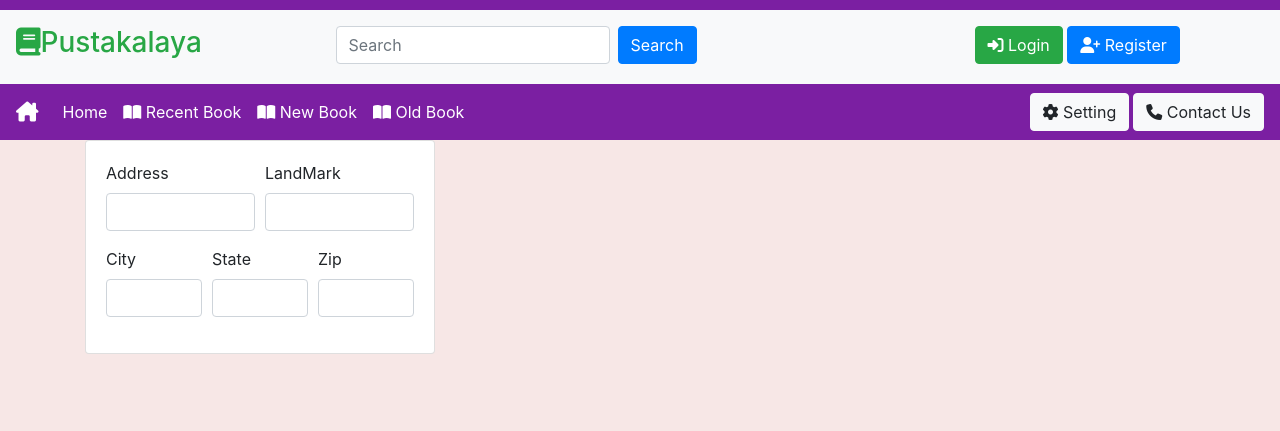
Repository: kalaprabhakar/Pustakalay_Web_Application
Page: http://localhost/E_Book_Management/user_address.jsp
An editor plug-in stored every save of this project. The page is shown before and after the next save, followed by the edit.
The browser window is 1280 px wide. The pictures show the whole page.
Some web libraries are served in a nearby version. The page is served by Tomcat 10. Other server files are loaded and not shown.

Above is the page before, as saved 2024-02-28 14:52:09.

### E_Book_Management/src/main/webapp/user_address.jsp
<%@ page language="java" contentType="text/html; charset=ISO-8859-1"
	pageEncoding="ISO-8859-1"%>
<!DOCTYPE html>
<html>
<head>
<meta charset="ISO-8859-1">
<title>Insert title here</title>
<%@ include file="all_component/allcss.jsp"%>
</head>
<body style="background-color: #f7e7e6">
	<%@ include file="all_component/navbar.jsp"%>


	<div class="container">
		<div class="row">
			<div class="col-md-4 offest-md-4">
				<div class="card">
					<div class="card-body">
						<form method="post" action="">
                             <div class="form-row">
							<div class="form-group col-md-6">
								<label for="inputPassword4">Address</label> <input type="text"
									class="form-control" id="inputPassword4">
							</div>


								<div class="form-group col-md-6">
									<label for="inputEmail4">LandMark</label> <input type="text"
										class="form-control" id="inputEmail4">
								</div>
								</div>
								<div class="form-row">
								<div class="form-group col-md-4">
									<label for="inputPassword4">City</label> <input type="text"
										class="form-control" id="inputPassword4">
								</div>
								<div class="form-group col-md-4">
									<label for="inputPassword4">State</label> <input type="text"
										class="form-control" id="inputPassword4">
								</div>
								<div class="form-group col-md-4">
									<label for="inputPassword4">Zip</label> <input type="text"
										class="form-control" id="inputPassword4">
								</div>

							</div>
						</form>

					</div>

				</div>

			</div>
		</div>
	</div>
</body>
</html>

### E_Book_Management/src/main/webapp/all_component/allcss.jsp
<link rel="stylesheet"
	href="https://cdn.jsdelivr.net/npm/bootstrap@4.0.0/dist/css/bootstrap.min.css"
	integrity="sha384-Gn5384xqQ1aoWXA+058RXPxPg6fy4IWvTNh0E263XmFcJlSAwiGgFAW/dAiS6JXm"
	crossorigin="anonymous">

<script src="https://code.jquery.com/jquery-3.2.1.slim.min.js"
	integrity="sha384-KJ3o2DKtIkvYIK3UENzmM7KCkRr/rE9/Qpg6aAZGJwFDMVNA/GpGFF93hXpG5KkN"
	crossorigin="anonymous"></script>
<script
	src="https://cdn.jsdelivr.net/npm/popper.js@1.12.9/dist/umd/popper.min.js"
	integrity="sha384-ApNbgh9B+Y1QKtv3Rn7W3mgPxhU9K/ScQsAP7hUibX39j7fakFPskvXusvfa0b4Q"
	crossorigin="anonymous"></script>
<script
	src="https://cdn.jsdelivr.net/npm/bootstrap@4.0.0/dist/js/bootstrap.min.js"
	integrity="sha384-JZR6Spejh4U02d8jOt6vLEHfe/JQGiRRSQQxSfFWpi1MquVdAyjUar5+76PVCmYl"
	crossorigin="anonymous"></script>
<link rel="stylesheet"
	href="https://cdnjs.cloudflare.com/ajax/libs/font-awesome/6.5.1/css/all.min.css"
	integrity="sha512-DTOQO9RWCH3ppGqcWaEA1BIZOC6xxalwEsw9c2QQeAIftl+Vegovlnee1c9QX4TctnWMn13TZye+giMm8e2LwA=="
	crossorigin="anonymous" referrerpolicy="no-referrer" />

	<link  rel="stylesheet" href="all_component/style.css"/>

### E_Book_Management/src/main/webapp/all_component/navbar.jsp
<%@ taglib prefix="c" uri="http://java.sun.com/jsp/jstl/core"%>
<%@ page isELIgnored="false" %>

<div class="container-fluid" style="height : 10px ; background-color:  #7B1FA2 "></div>

<div class="container-fluid p-3 bg-light">
 <div class="row">
     <div class="col-md-3 text-success">
        <h3 > <i class="fa-solid fa-book"></i>Pustakalaya</h3>
     </div>
    <div class="col-md-6">
       <form class="form-inline my-2 my-lg-0">
      <input class="form-control mr-sm-2" type="search" placeholder="Search" aria-label="Search">
      <button class="btn btn-primary my-2 my-sm-0" type="submit">Search</button>
    </form>

    </div>
    <c:if test="${not empty userobj }">
    <div class="col-md-3">

    <a href="checkout.jsp" class="btn btn-ligh"><i class="fa-solid fa-cart-shopping  "></i></a>

      <a href="" class="btn btn-success"><i class="fa-solid fa-user-plus"></i>${userobj.name }</a>
      <a href="logout" class="btn btn-primary"><i class="fa-solid fa-right-to-bracket"></i> Logout</a>

    </div>

    </c:if>

    <c:if test="${ empty userobj }">
    <div class="col-md-3">
      <a href="login.jsp" class="btn btn-success"><i class="fa-solid fa-right-to-bracket"></i> Login</a>
      <a href="register.jsp" class="btn btn-primary"><i class="fa-solid fa-user-plus"></i> Register</a>

    </div>

    </c:if>

 </div>


</div>

<nav class="navbar navbar-expand-lg navbar-dark bg-custom">
  <a class="navbar-brand" href="#"><i class="fa-solid fa-house-chimney"></i></a>
  <button class="navbar-toggler" type="button" data-toggle="collapse" data-target="#navbarSupportedContent" aria-controls="navbarSupportedContent" aria-expanded="false" aria-label="Toggle navigation">
    <span class="navbar-toggler-icon"></span>
  </button>

  <div class="collapse navbar-collapse" id="navbarSupportedContent">
    <ul class="navbar-nav mr-auto">
      <li class="nav-item active">
        <a class="nav-link" href="index.jsp">Home <span class="sr-only">(current)</span></a>
      </li>
      <li class="nav-item active">
        <a class="nav-link" href="all_recent_book.jsp"> <i class="fa-solid fa-book-open"></i> Recent Book</a>
      </li>
      <li class="nav-item active">
        <a class="nav-link" href="all_new_book.jsp"> <i class="fa-solid fa-book-open"></i> New Book</a>
      </li>

      </li>
      <li class="nav-item active">
        <a class="nav-link disabled" href="all_old_book.jsp"> <i class="fa-solid fa-book-open"></i> Old Book</a>
      </li>
    </ul>
    <form class="form-inline my-2 my-lg-0">
      <a href="setting.jsp" class="btn btn-light my-2 my-sm-0" type="submit"><i class="fa-solid fa-gear"></i> Setting</a>
      <button class="btn btn-light my-2 my-sm-0 ml-1" type="submit"><i class="fa-solid fa-phone"></i> Contact Us</button>
    </form>
  </div>
</nav>

### E_Book_Management/src/main/webapp/all_component/style.css
.bg-custom {
	background-color : #7B1FA2 ;
}

.navbar .nav-item:hover .nav-link{

	background-color: white;
	color : black;
	border-radius : 20px ;
}

After the next save:
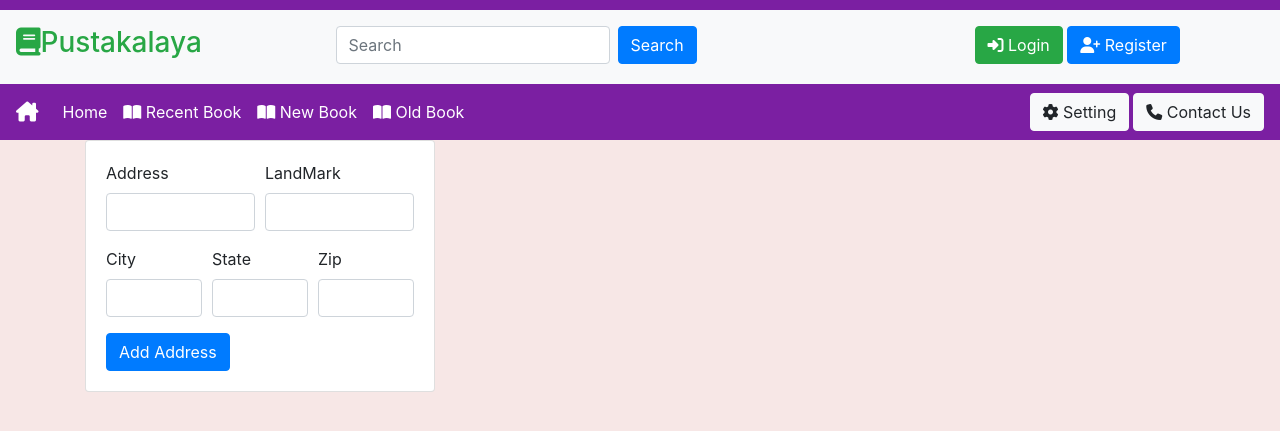
Saved 42 s later.
--- a/E_Book_Management/src/main/webapp/user_address.jsp
+++ b/E_Book_Management/src/main/webapp/user_address.jsp
@@ -44,6 +44,7 @@
 								</div>
 
 							</div>
+							<button type="submit" class="btn btn-primary">Add Address</button>
 						</form>
 
 					</div>
